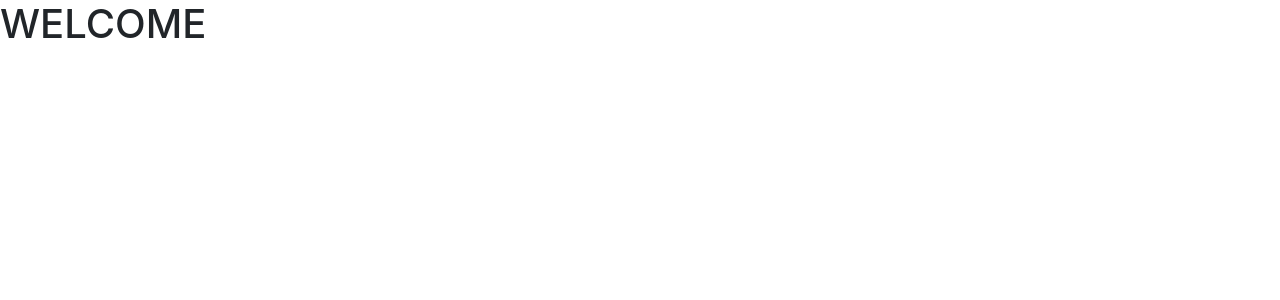
Repository: idrice24/IDRICE24-DASHBOARD
Page: html/header.html
These files come from the project's save history. The page is drawn as it stood at one moment and after the next save; the edit follows.
The browser window is 1280 px wide. The pictures show the whole page.

Above is the page before, as saved 2020-09-03 22:44:10.

### html/header.html
<!DOCTYPE html>
<html lang="en">

<head>
    <meta charset="UTF-8">
    <meta name="viewport" content="width=device-width, initial-scale=1.0">
    <meta http-equiv="X-UA-Compatible" content="ie=edge">
    <title>Document</title>
    <link rel="stylesheet" href="../vendor/bootstrap-4.1/bootstrap.min.css">
    <link rel="stylesheet" href="../vendor/font-awesome-4.7/css/font-awesome.min.css">
</head>

<body>
    <h1>WELCOME</h1>
    <section>

    </section>

</body>

</html>

Loaded but not shown: vendor/bootstrap-4.1/bootstrap.min.css (library); vendor/font-awesome-4.7/css/font-awesome.min.css (library)

After the next save:
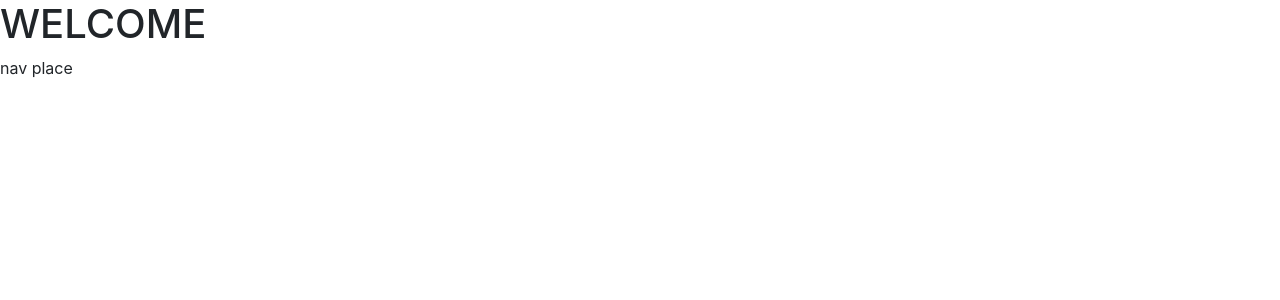
Saved 69 s later.
--- a/html/header.html
+++ b/html/header.html
@@ -13,7 +13,7 @@
 <body>
     <h1>WELCOME</h1>
     <section>
-
+        <nav>nav place</nav>
     </section>
 
 </body>
